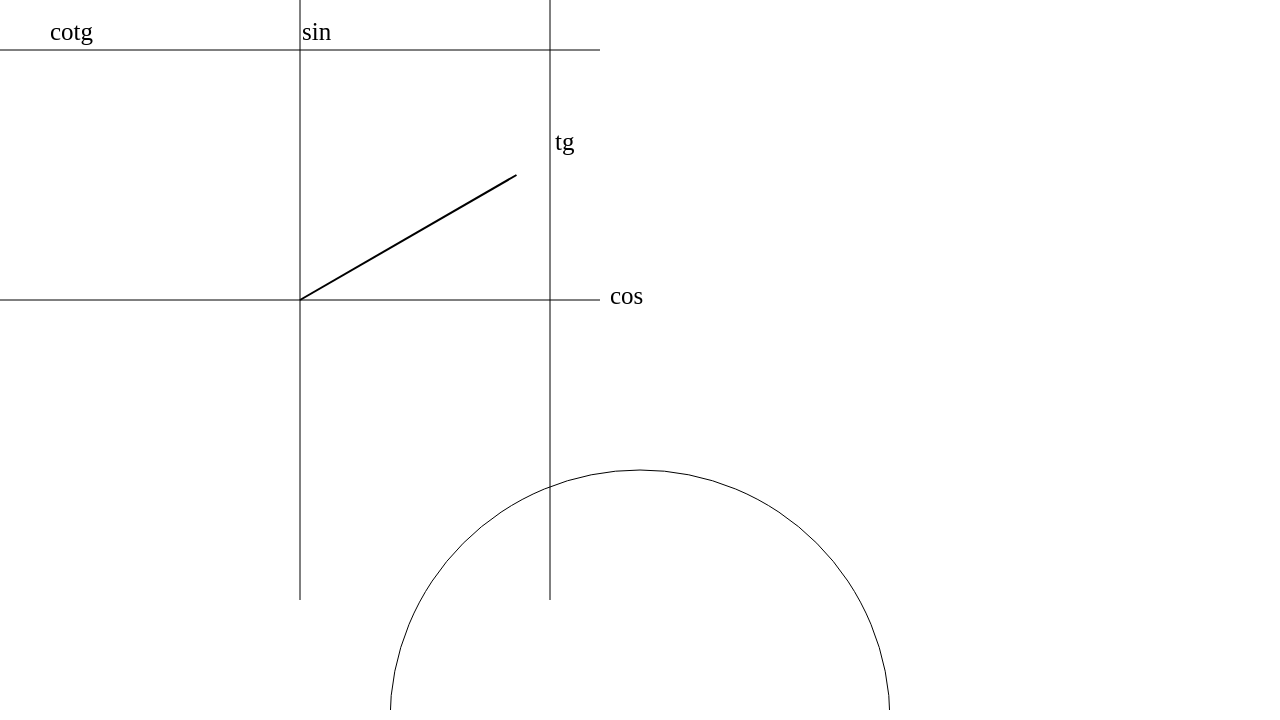
Repository: BraynStorm/braynstorm.github.io
Page: http://localhost/
These files come from the project's save history. The page is drawn as it stood at one moment and after the next save; the edit follows.
The browser window is 1280 px wide. The pictures show the whole page.
The page is run by PHP 8.4 with error messages shown; the project is at /var/www/html/.

Above is the page before, as saved 2015-02-24 15:17:59.

### JSDrawing/index.php
<!DOCTYPE html>
<html>
	<head>
		<meta charset="UTF-8">
		<title>Insert title here</title>
		<link rel="stylesheet" type="text/css" href="main.css"/>
		<script type="text/javascript" src="js/jquery-2.1.3.min.js"></script>
		<script type="text/javascript" src="js/swgDrawing.js"></script>

	</head>
	<body>
		<div id="content">
			<svg width="1000" height="1000">
				<circle id="mainCircle" cx="300" cy="300" r="250" fill="none" stroke="black" />
				<line x1="300" y1="0" x2="300" y2="600" style="stroke:rgb(0,0,0);stroke-width:1;" id="sinLine" />
				<line x1="0" y1="300" x2="600" y2="300" style="stroke:rgb(0,0,0);stroke-width:1;" id="cosLine" />

				<line x1="550" y1="0" x2="550" y2="600" style="stroke:rgb(0,0,0);stroke-width:1;" id="tgLine" />
				<line x1="0" y1="50" x2="600" y2="50" style="stroke:rgb(0,0,0);stroke-width:1;" id="cotgLine" />

				<text x="610" y="304" style="font-size:25px;">cos</text>
				<text x="302" y="40" style="font-size:25px;">sin</text>
				<text x="555" y="150" style="font-size:25px;">tg</text>
				<text x="50" y="40" style="font-size:25px;">cotg</text>


				<!--  THE ANGLE -->

				<line id="angle" x1="300" y1="300" x2="0" y2="0" style="stroke:rgb(0,0,0);stroke-width:2;" />


			</svg>

			<input type="text" value="30" id="angleBox" />
		</div>
	</body>
</html>

### JSDrawing/main.css
@CHARSET "UTF-8";

body{
	background-color: #;
	padding: 0;
	margin: 0;
}

svg{
	margin-top: 0px;
}

#angleBox{
	position: fixed;
	bottom: 10px;
}

### JSDrawing/js/swgDrawing.js
$(document).ready(function (){
	var box = $("#angleBox");

	$('svg').css("width", window.innerWidth).css("height", window.innerHeight-10);
	$('circle').attr("cx",window.innerWidth/2).attr("cy",window.innerHeight);
	var angle = 0;
	var radius = 250;
	var x = radius*2+50;
	var y = radius+50;

	var animator;
	animateAngle();

	function animateAngle(){
		var toAngle = parseInt(box.val());

		if(angle-toAngle > 0){
			angle -= 1;
		}else if (angle-toAngle < 0){
			angle += 1;
		}else{

		}
		var radians = (Math.PI * 2) * (angle % 360) / 360 ;

		x = 300 + (Math.cos(radians) * radius);
		y = 300 - (Math.sin(radians) * radius);


		$("#angle").attr("x2", x);
		$("#angle").attr("y2", y);

		animator = setTimeout(animateAngle, 10/Math.abs(angle-toAngle));
	}

});

Loaded but not shown: JSDrawing/js/jquery-2.1.3.min.js (library)

After the next save:
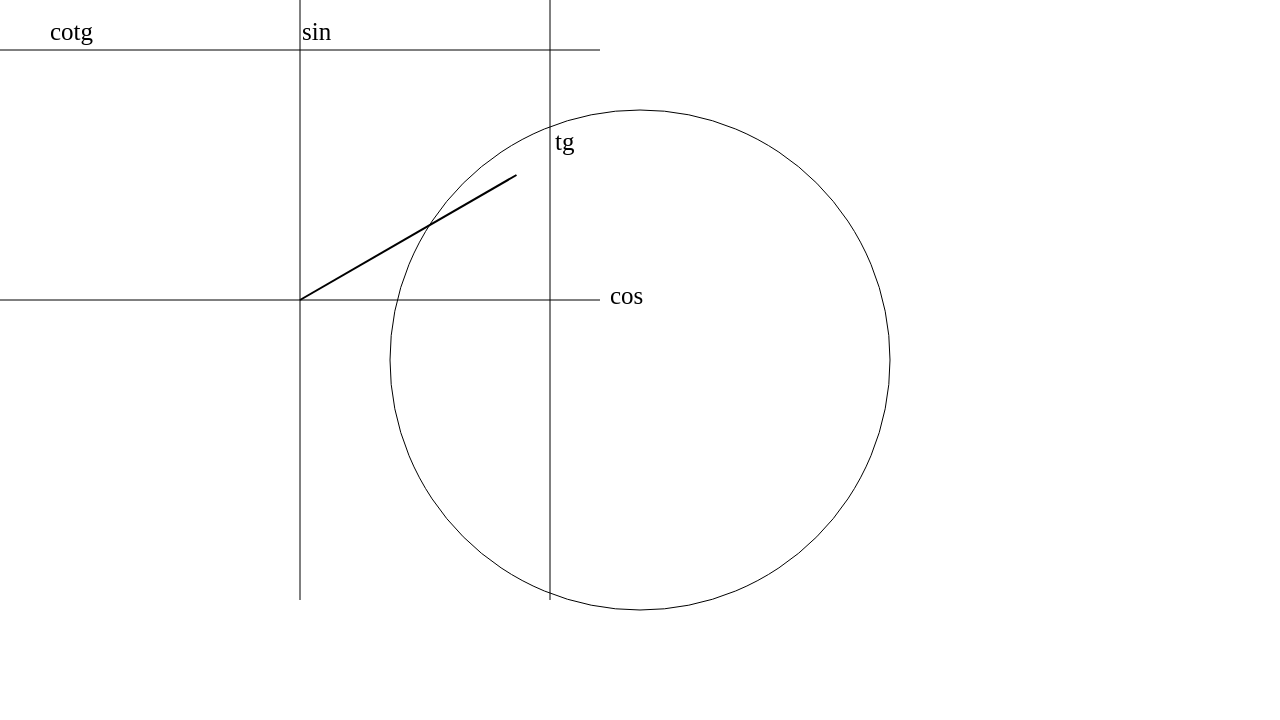
Saved 8 s later.
--- a/JSDrawing/js/swgDrawing.js
+++ b/JSDrawing/js/swgDrawing.js
@@ -2,7 +2,7 @@ $(document).ready(function (){
 	var box = $("#angleBox");
 
 	$('svg').css("width", window.innerWidth).css("height", window.innerHeight-10);
-	$('circle').attr("cx",window.innerWidth/2).attr("cy",window.innerHeight);
+	$('circle').attr("cx",window.innerWidth/2).attr("cy",window.innerHeight/2);
 	var angle = 0;
 	var radius = 250;
 	var x = radius*2+50;
